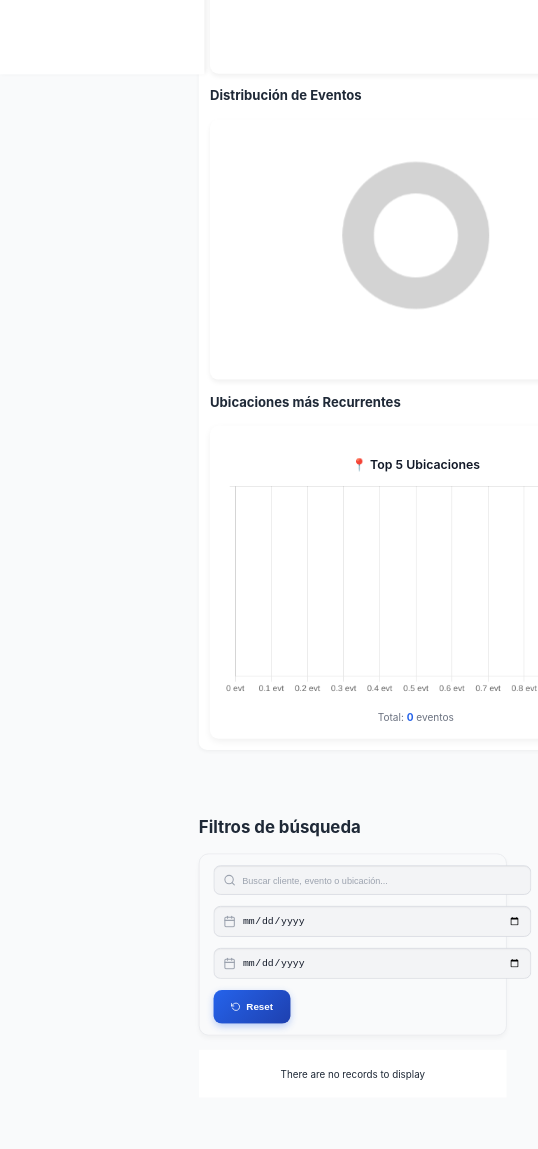
Repository: BBrian11/reportes
Page: /
The author's editor kept a copy of each file at every save. The page is drawn from the files as they stood at one save, then again after the next save.
The browser window is 768 px wide. The pictures show the part of the page from y = 726 to 2966 px (the page is 2368 px tall before and 2966 px after), at 70% of full size.
The page's requests for data from a server got no answer. The project was rebuilt for these pictures with package versions that can differ from the ones it lists, and the page was loaded fresh each time. Some packages were replaced by stand-ins written for this rebuild. No one was signed in, and anything a server would have sent is missing. Also part of the build but not shown: vite.config.js, src/components/Dashboard/BarChart.jsx, src/styles/tgsstats.css, src/components/Dashboard/TgsStats.jsx, src/styles/edificiostats.css, src/components/Dashboard/EdificioStats.jsx, src/styles/vtvstats.css, src/components/Dashboard/VtvStats.jsx and 6 more.

Above is the page before, as saved 2025-08-01 12:58:20.

After the next save:
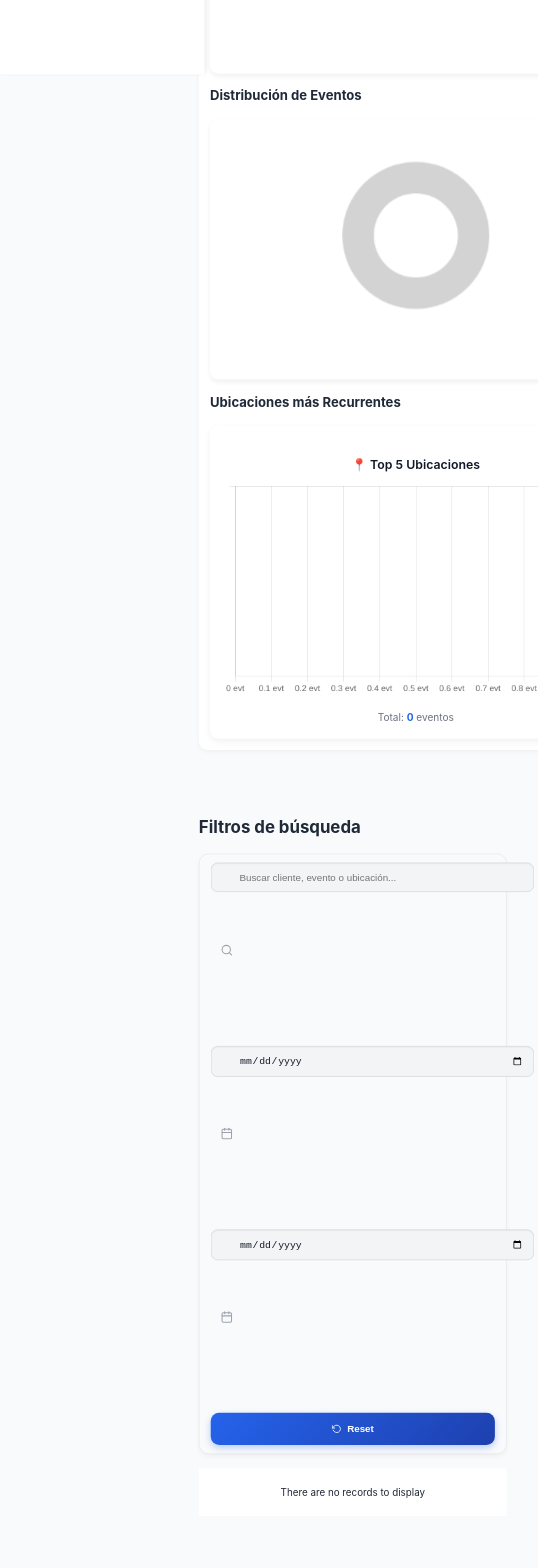
Saved 11 s later.
--- a/src/styles/eventstable.css
+++ b/src/styles/eventstable.css
@@ -113,31 +113,29 @@
 }/* ===== Contenedor de Filtros ===== */
 /* ===== Contenedor de Filtros ===== */
 /* ===== Contenedor de Filtros ===== */
+/* ===== Contenedor de Filtros ===== */
 .filters-container {
-  display: grid;
-  grid-template-columns: 1fr 1fr 1fr auto; /* Inputs + botón */
-  gap: 16px;
+  display: flex;
+  gap: 12px;
   align-items: center;
   background: #f9fafb;
   border: 1px solid #e5e7eb;
   border-radius: 14px;
-  padding: 16px 20px;
+  padding: 12px 16px;
   margin-bottom: 20px;
   box-shadow: 0 4px 8px rgba(0, 0, 0, 0.04);
-}
-
-/* Responsivo */
-@media (max-width: 768px) {
-  .filters-container {
-    grid-template-columns: 1fr;
-  }
-}
-
-/* ===== Inputs Modernos ===== */
-.filters-container input[type="text"],
-.filters-container input[type="date"] {
+  flex-wrap: wrap; /* ✅ Para móviles */
+}
+
+/* Inputs ocupan el máximo espacio posible */
+.filters-container .icon-wrapper {
+  position: relative;
+  flex: 1 1 250px;
+}
+
+.filters-container .icon-wrapper input {
   width: 100%;
-  padding: 12px 14px 12px 40px; /* espacio para ícono */
+  padding: 12px 14px 12px 40px;
   border-radius: 10px;
   border: 1px solid #d1d5db;
   background-color: #f3f4f6;
@@ -147,24 +145,14 @@
   box-shadow: inset 0 1px 2px rgba(0, 0, 0, 0.05);
 }
 
-.filters-container input[type="text"]:focus,
-.filters-container input[type="date"]:focus {
+.filters-container .icon-wrapper input:focus {
   border-color: #2563eb;
   background-color: #ffffff;
   outline: none;
   box-shadow: 0 0 0 3px rgba(37, 99, 235, 0.15);
 }
 
-.filters-container input::placeholder {
-  color: #9ca3af;
-  font-size: 13px;
-}
-
-/* ===== Íconos dentro de Inputs ===== */
-.filters-container .icon-wrapper {
-  position: relative;
-}
-
+/* Íconos en inputs */
 .filters-container .icon-wrapper svg {
   position: absolute;
   left: 14px;
@@ -175,8 +163,12 @@
   pointer-events: none;
 }
 
-/* ===== Botón Reset ===== */
-.filters-container button {
+/* Botón Reset */
+.reset-wrapper {
+  flex: 0 0 auto;
+}
+
+.reset-wrapper button {
   display: flex;
   align-items: center;
   justify-content: center;
@@ -187,19 +179,34 @@
   font-weight: 600;
   border: none;
   border-radius: 12px;
-  padding: 14px 20px;
-  height: 48px; /* Mantener altura consistente */
-  min-width: 110px;
+  padding: 12px 18px;
+  height: 46px;
   cursor: pointer;
   box-shadow: 0 4px 10px rgba(37, 99, 235, 0.3);
   transition: all 0.3s ease-in-out;
 }
 
-.filters-container button:hover {
+.reset-wrapper button:hover {
   background: linear-gradient(135deg, #1e40af, #1d4ed8);
   transform: translateY(-2px);
 }
 
-.filters-container button:active {
+.reset-wrapper button:active {
   transform: scale(0.98);
 }
+
+/* Responsive */
+@media (max-width: 768px) {
+  .filters-container {
+    flex-direction: column;
+    align-items: stretch;
+  }
+
+  .reset-wrapper {
+    width: 100%;
+  }
+
+  .reset-wrapper button {
+    width: 100%;
+  }
+}
